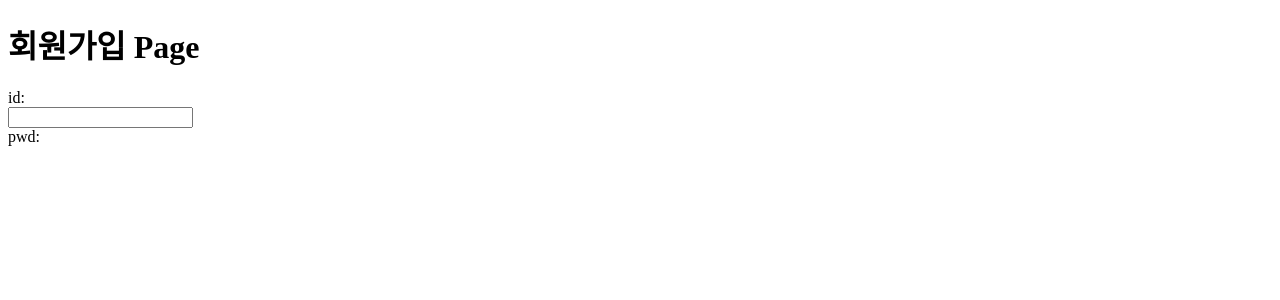
Repository: csk3830/jsp
Page: http://localhost/jsp_study/member/join.jsp
The author's editor kept a copy of each file at every save. The page is drawn from the files as they stood at one save, then again after the next save.
The browser window is 1280 px wide. The pictures show the whole page.
The page is served by Tomcat 9. Other server files are loaded and not shown.

Above is the page before, as saved 2024-10-25 01:53:41.

### jsp_study/src/main/webapp/member/join.jsp
<%@ page language="java" contentType="text/html; charset=UTF-8"
    pageEncoding="UTF-8"%>
<!DOCTYPE html>
<html>
<head>
<meta charset="UTF-8">
<title>Insert title here</title>
</head>
<body>
	<h1>회원가입 Page</h1>

	<form action="/mem/register" method="post">
		id:<br>
		<input type="text" name="id"><br>
		pwd:<br>
	</form>
</body>
</html>

After the next save:
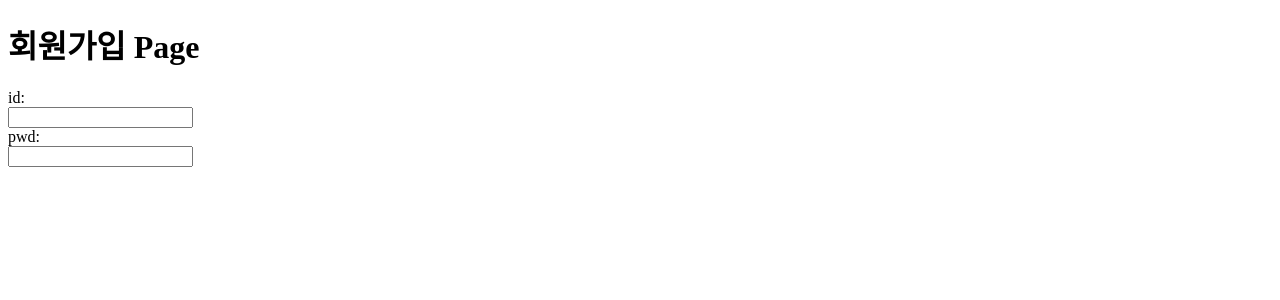
Saved 19 s later.
--- a/jsp_study/src/main/webapp/member/join.jsp
+++ b/jsp_study/src/main/webapp/member/join.jsp
@@ -13,6 +13,7 @@
 		id:<br>
 		<input type="text" name="id"><br>
 		pwd:<br>
+		<input type="password" name="pwd"><br>
 	</form>
 </body>
 </html>
